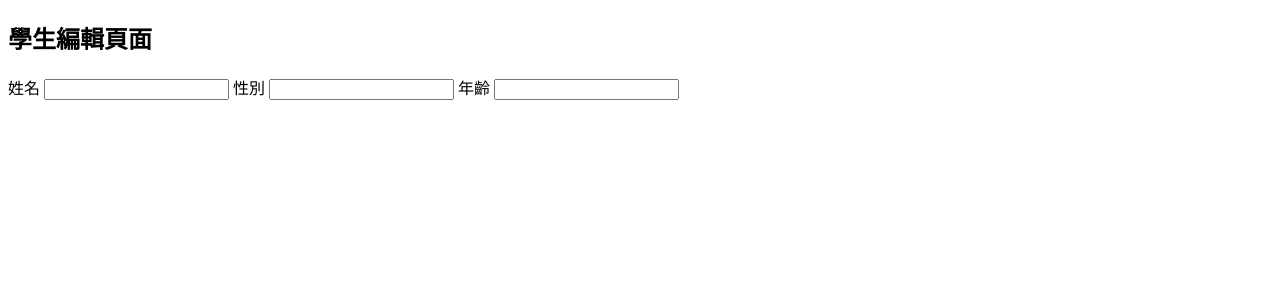
Repository: AirconChen/PracticeSpringMVC
Page: http://localhost/FormSpringMVCWAR/demo/edit
The author's editor kept a copy of each file at every save. The page is drawn from the files as they stood at one save, then again after the next save.
The browser window is 1280 px wide. The pictures show the whole page.
The page is served by Tomcat 9.

Above is the page before, as saved 2015-11-11 04:08:07.

After the next save:
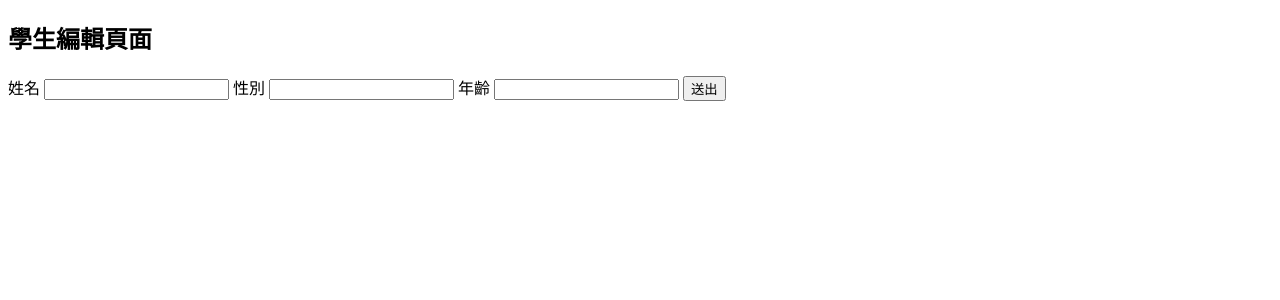
Saved 32 s later.
--- a/FormSpringMVCWAR/WebContent/WEB-INF/jsp/edit.jsp
+++ b/FormSpringMVCWAR/WebContent/WEB-INF/jsp/edit.jsp
@@ -14,6 +14,7 @@
 		<input type="text" name="gender" value=""/>
 		<label for="age">年齡</label>
 		<input type="text" name="age" value=""/>
+		<input type="submit" value="送出"/>
 	</form>
 </body>
 </html>
